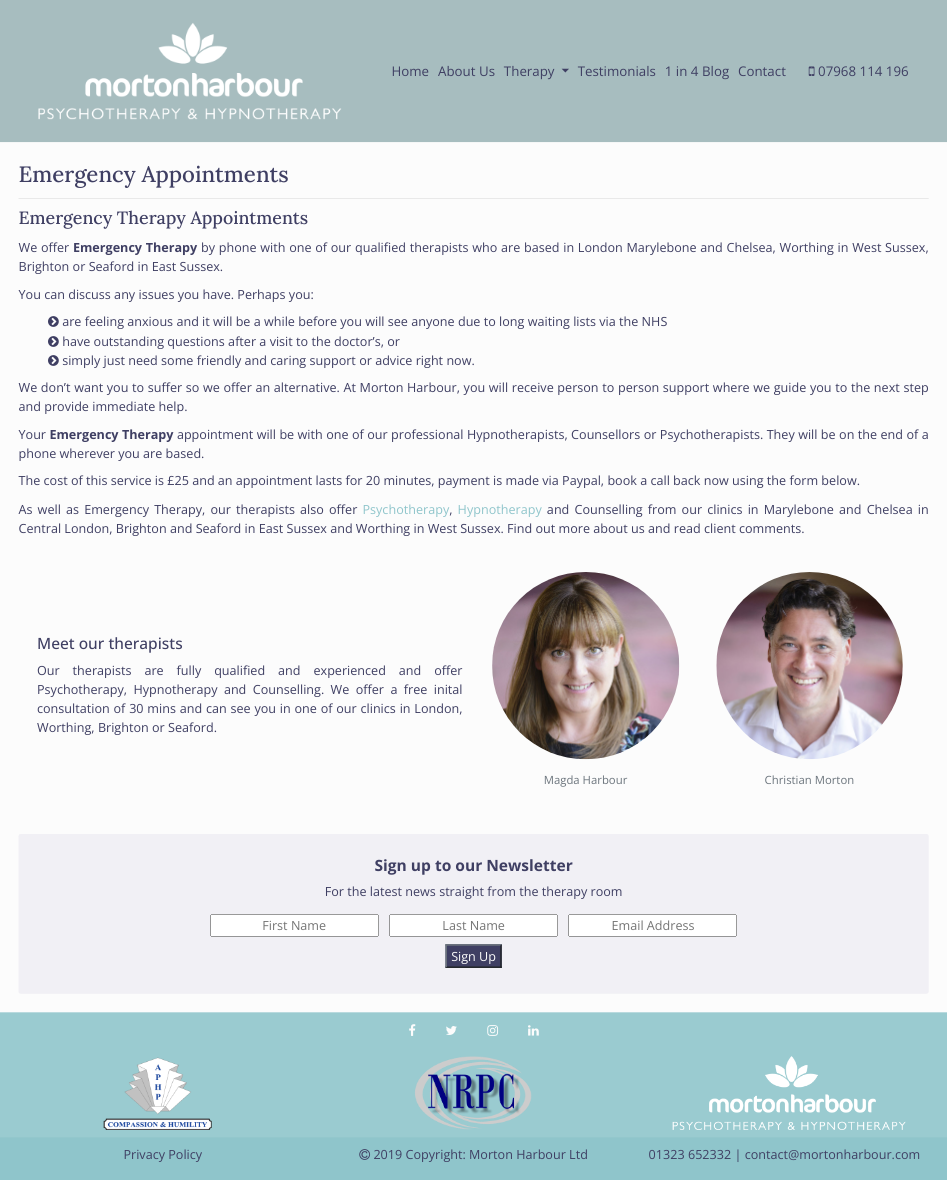
Repository: Code-Institute-Submissions/mortonharbour
Page: emergency therapy.html
The author's editor kept a record of every edit. The page is drawn from the files as they stood at one moment, then again after the next edit.
The browser window is 1280 px wide. The pictures show the whole page, at 74% of full size.
Some web libraries are served in a nearby version.

Above is the page before.

After the next edit:
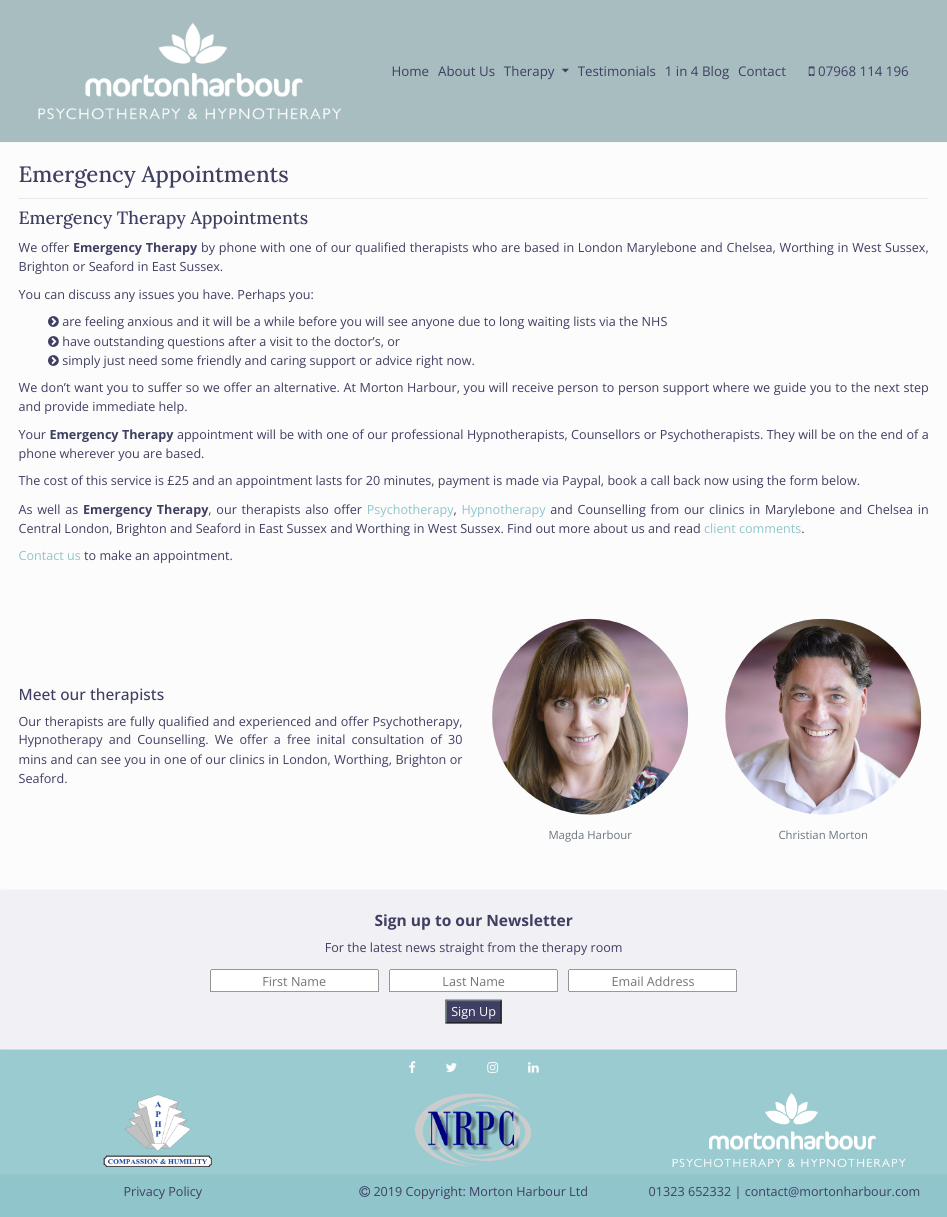
The edit:
--- a/emergency therapy.html
+++ b/emergency therapy.html
@@ -80,8 +80,10 @@
             <p>We don’t want you to suffer so we offer an alternative. At Morton Harbour, you will receive person to person support where we guide you to the next step and provide immediate help.</p>
             <p>Your <b>Emergency Therapy</b> appointment will be with one of our professional Hypnotherapists, Counsellors or Psychotherapists. They will be on the end of a phone wherever you are based.</p>
             <p>The cost of this service is £25 and an appointment lasts for 20 minutes, payment is made via Paypal, book a call back now using the form below.</p>
-            <p>As well as Emergency Therapy, our therapists also offer <a href="psychotherapy.html" class="website-links"><span class="sr-only">Find out about psychotherapy we offer</span>Psychotherapy</a>, <a href="hypnotherapy.html" class="website-links"><span class="sr-only">Find out about hypnotherapy we offer</span>Hypnotherapy</a> and Counselling from our clinics in Marylebone and Chelsea in Central London, Brighton and Seaford in East Sussex and Worthing in West Sussex. Find out more about us and read client comments.</p>
-
+            <p>As well as <b>Emergency Therapy</b>, our therapists also offer <a href="psychotherapy.html" class="website-links"><span class="sr-only">Find out about psychotherapy we offer</span>Psychotherapy</a>, <a href="hypnotherapy.html" class="website-links"><span class="sr-only">Find out about hypnotherapy we offer</span>Hypnotherapy</a> and Counselling from our clinics in Marylebone and Chelsea in Central London, Brighton and Seaford in East Sussex and Worthing in West Sussex. Find out more about us and read <a href="testimonials.html"
+                        class="website-links"><span class="sr-only">Read what our clients say</span>client comments</a>.</p>
+            <p><a href="contact.html" class="website-links"><span class="sr-only">Get in touch</span>Contact us</a> to make an appointment.</p>
+    </section>
 
     <!------------------------------------------------------------<Meet our Therapists-->
     <section class="main-content-text">
